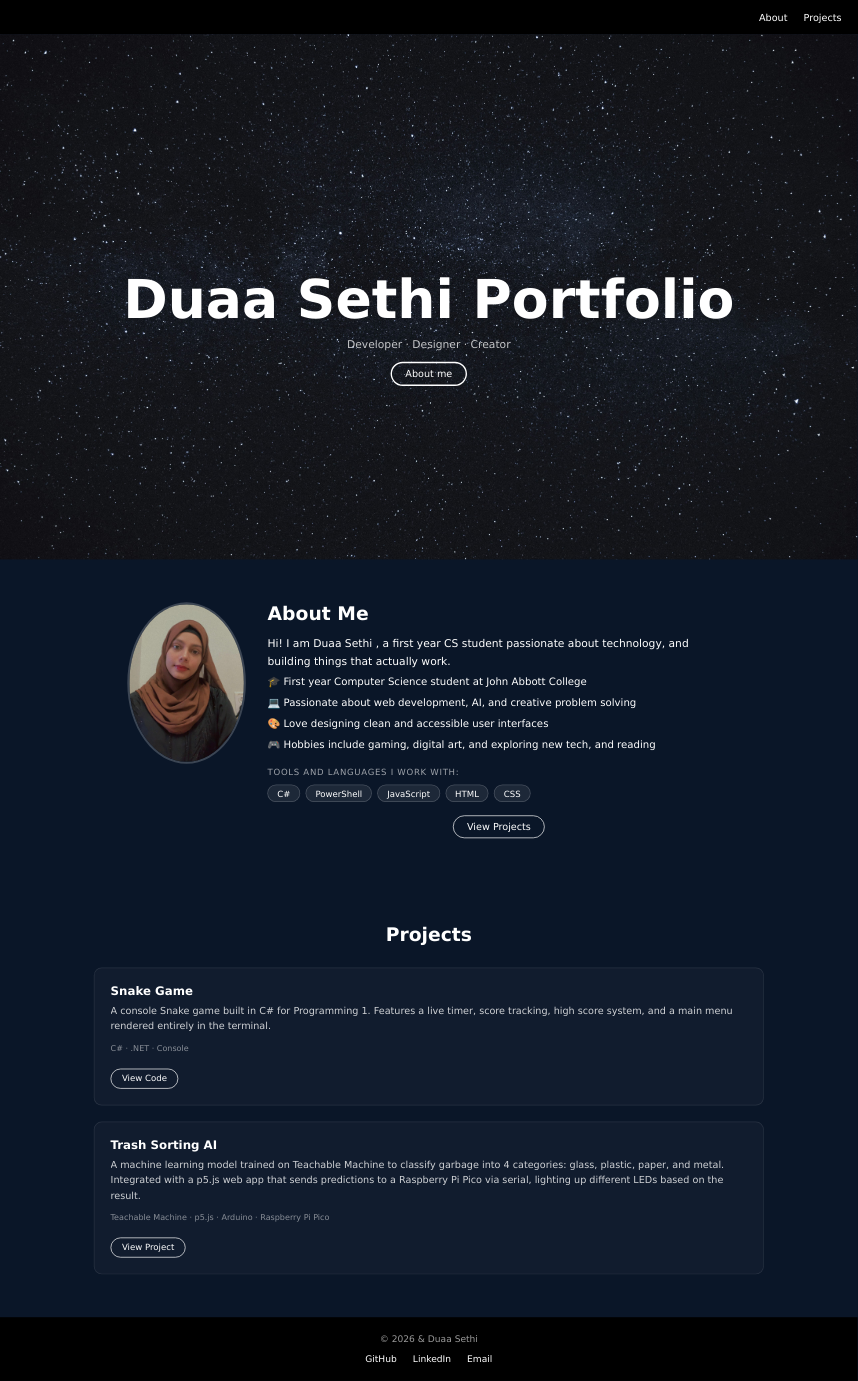
Repository: Duaa-Sethi/Duaa-Sethi
Page: index.html
An editor plug-in stored every save of this project. The page is shown before and after the next save, followed by the edit.
The browser window is 1280 px wide. The pictures show the whole page, at 67% of full size.
Some web fonts or font styles are not loaded; a fallback is used.

Above is the page before, as saved 2026-05-04 17:37:18.

After the next save:
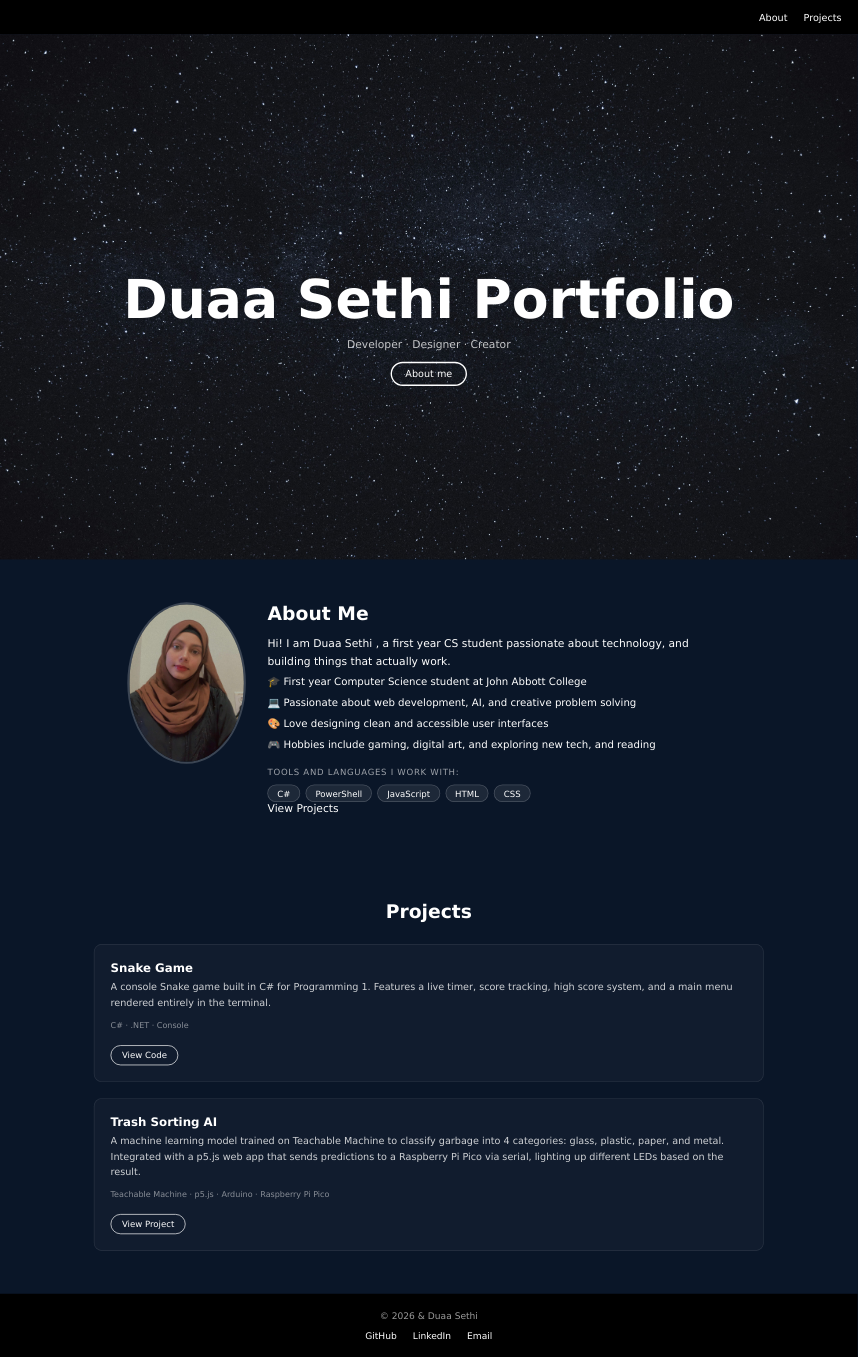
Saved 7 min 11 s later.
--- a/styles/index.css
+++ b/styles/index.css
@@ -188,21 +188,6 @@ nav ul li a {
   text-decoration: none;
 }
 
-.projects-btn {
-  display: block;
-  width: fit-content;
-  margin: 1.25rem auto 0 auto;
-  border: 1px solid white;
-  padding: 0.5rem 1.25rem;
-  border-radius: 20px;
-  font-size: 0.9rem;
-}
-
-.projects-btn:hover {
-  background-color: white;
-  color: #0a1628;
-  text-decoration: none;
-}
 /* FOOTER */
 
 footer {
